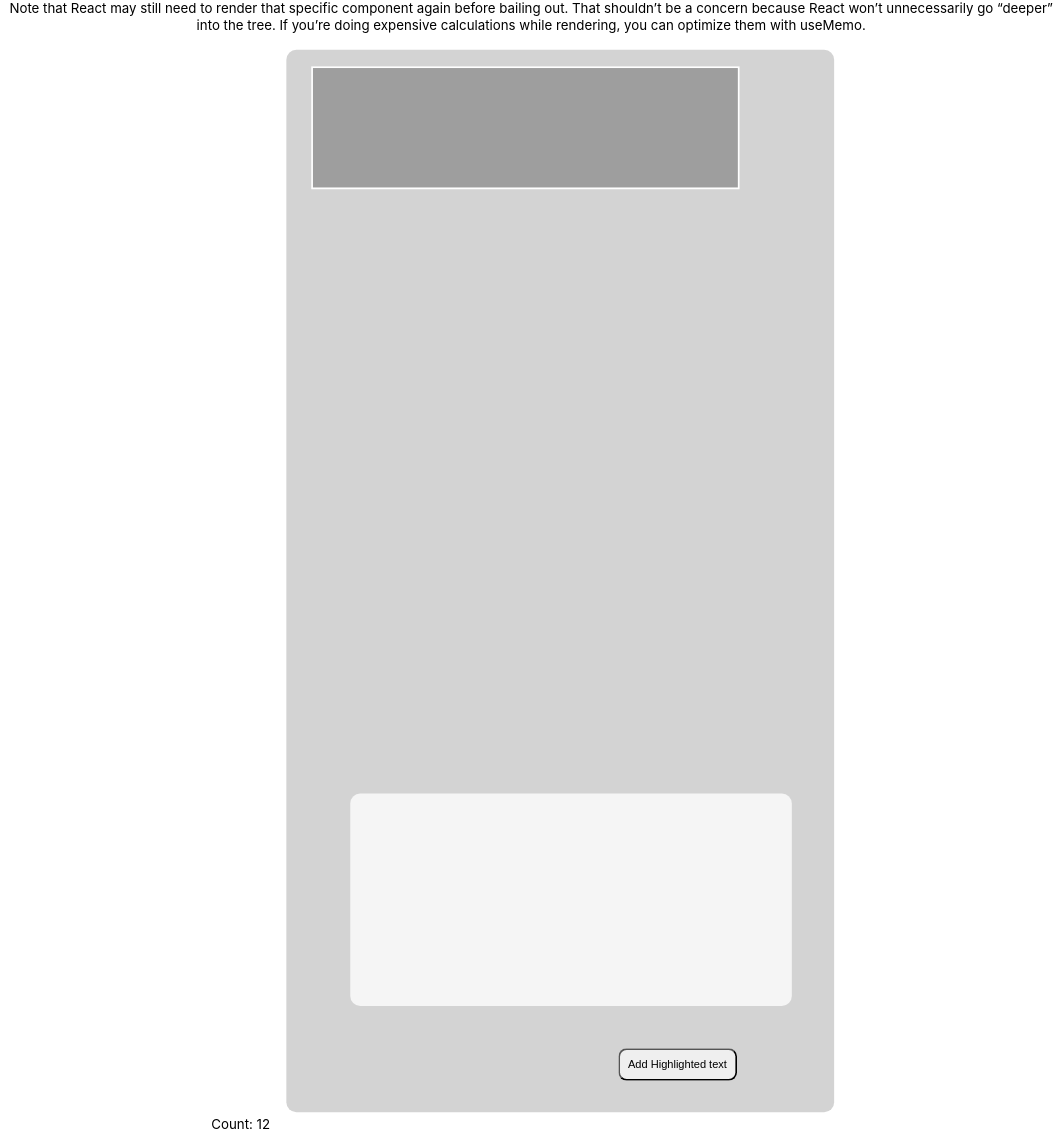
Repository: Farbod29/React-text-highlighter-with-hook-
Page: /
An editor plug-in stored every save of this project. The page is shown before and after a run of saves, followed by the edit.
The browser window is 1280 px wide. The pictures show the whole page, at 83% of full size.
Pictures or frames that could not be fetched are drawn as grey boxes. The project was rebuilt for these pictures with package versions that can differ from the ones it lists, and the page was loaded fresh each time.

Above is the page before, as saved 2022-02-18 22:58:22.

After the next 2 saves:
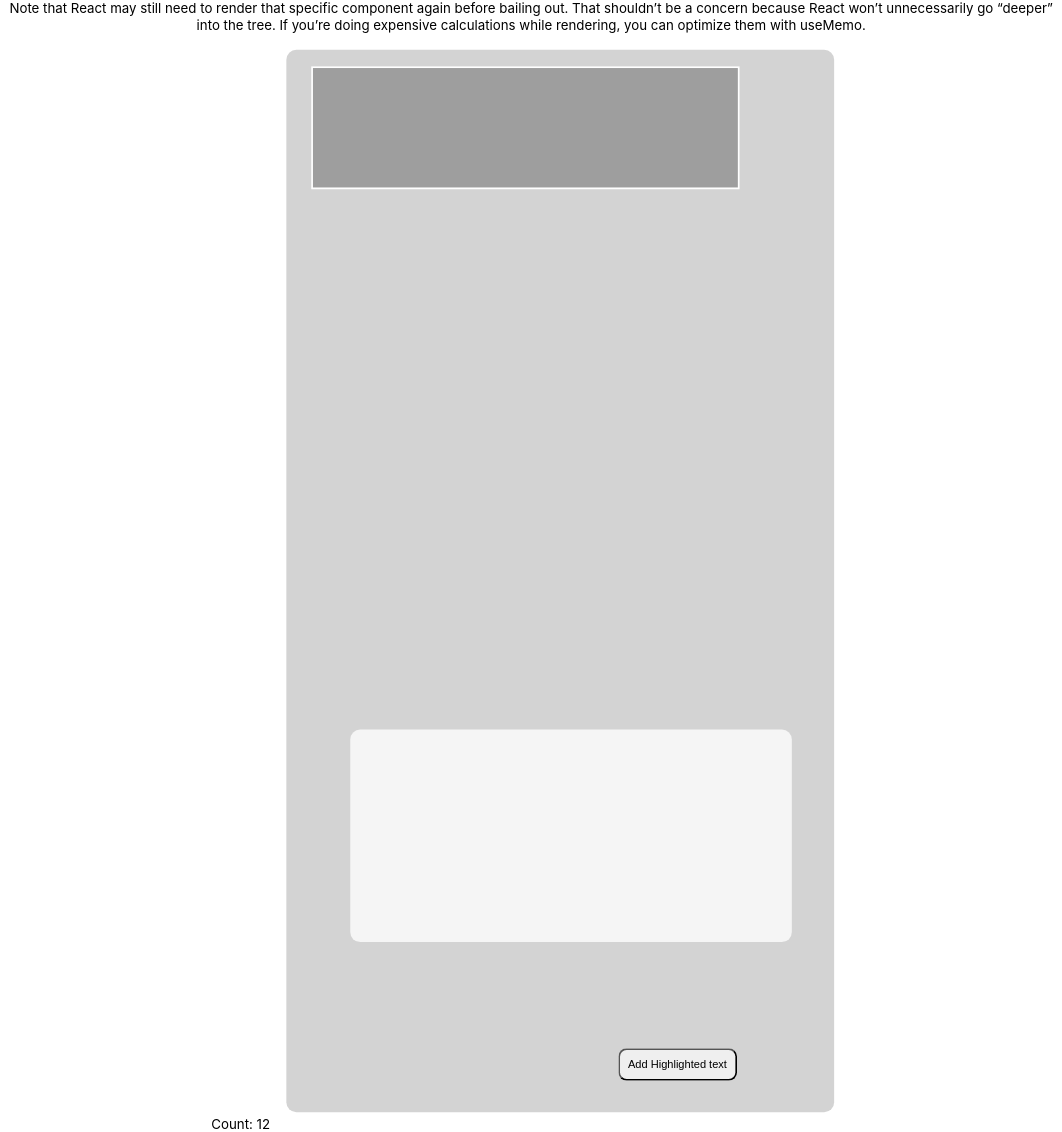
The 2 saves are shown as one change because they came seconds apart.
The last was saved 9 s later.
--- a/src/highlighter.js
+++ b/src/highlighter.js
@@ -53,7 +53,7 @@ export default function Highlighter() {
             height: '20vw',
             width: '40vw',
             left: '6vw',
-            top: '70vw',
+            top: '64vw',
             borderRadius: '12px',
             position: 'absolute',
           }}
